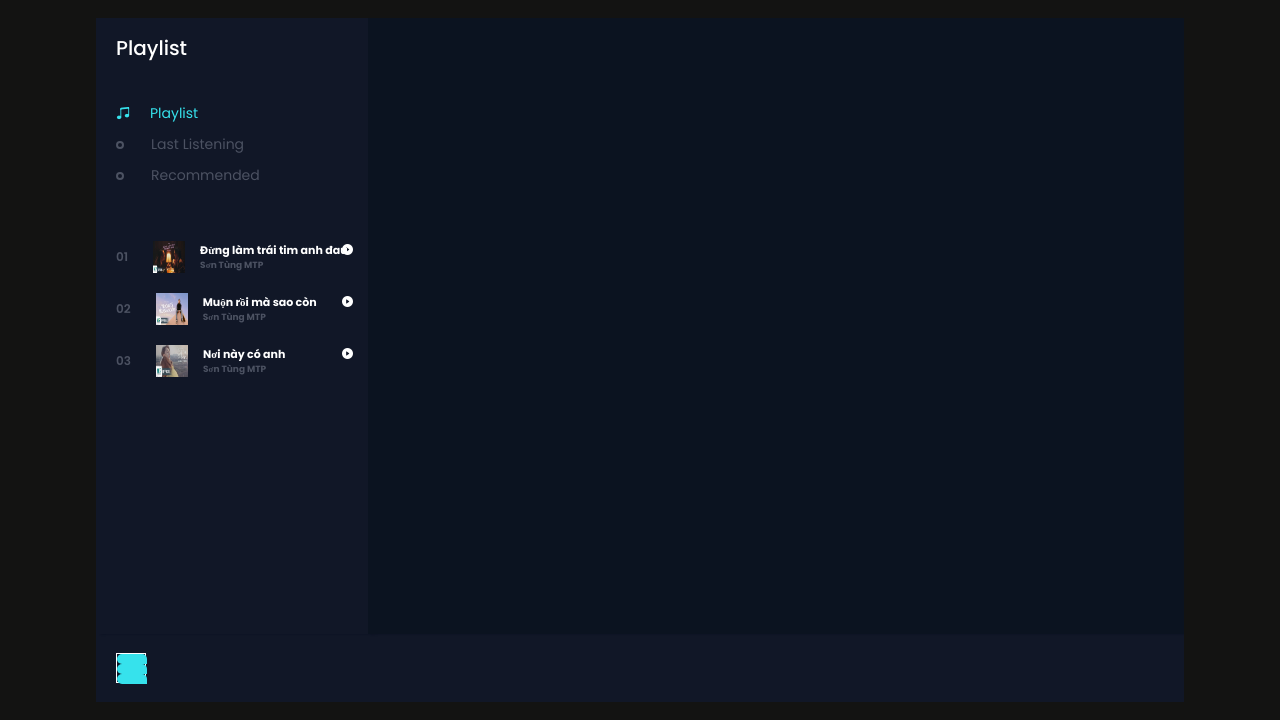
Repository: reminzuetto/Music-Website
Page: index.html
These files come from the project's save history. The page is drawn as it stood at one moment and after the next save; the edit follows.
The browser window is 1280 px wide. The pictures show the whole page.

Above is the page before, as saved 2024-06-10 23:16:35.

### index.html
<!DOCTYPE html>
<html lang="en">
  <head>
    <meta charset="UTF-8" />
    <meta name="viewport" content="width=device-width, initial-scale=1.0" />
    <link rel="stylesheet" href="./style.css" />
    <link
      rel="stylesheet"
      href="https://cdn.jsdelivr.net/npm/bootstrap-icons@1.11.3/font/bootstrap-icons.min.css"
    />
    <title>Music Website</title>
  </head>
  <body>
    <header>
      <div class="menu_side">
        <h1>Playlist</h1>
        <div class="playlist">
          <h4 class="active">
            <span></span><i class="bi bi-music-note-beamed"></i>Playlist
          </h4>
          <h4>
            <span></span><i class="bi bi-music-note-beamed"></i>Last Listening
          </h4>
          <h4>
            <span></span><i class="bi bi-music-note-beamed"></i>Recommended
          </h4>
        </div>
        <div class="menu_song">
          <li class="songItem">
            <span>01</span>
            <img
              src="./MusicThumbnail/DungLamTraiTimAnhDau.jpg"
              alt="DungLamTraiTimAnhDau"
            />
            <h5 class="subtitle">
              Đừng làm trái tim anh đau
              <div class="subtitle">Sơn Tùng MTP</div>
              <i class="bi bi-play-circle-fill"></i>
            </h5>
          </li>
          <li class="songItem">
            <span>02</span>
            <img
              src="./MusicThumbnail/MuonRoiMaSaoCon.jpg"
              alt="MuonRoiMaSaoCon"
            />
            <h5 class="subtitle">
              Muộn rồi mà sao còn
              <div class="subtitle">Sơn Tùng MTP</div>
              <i class="bi bi-play-circle-fill"></i>
            </h5>
          </li>
          <li class="songItem">
            <span>03</span>
            <img src="./MusicThumbnail/NoiNayCoAnh.jpg" alt="NoiNayCoAnh" />
            <h5 class="subtitle">
              Nơi này có anh
              <div class="subtitle">Sơn Tùng MTP</div>
              <i class="bi bi-play-circle-fill"></i>
            </h5>
          </li>
        </div>
      </div>
      <div class="song_side"></div>
      <div class="master_play">
        <div class="wave">
          <div class="wave1"></div>
          <div class="wave1"></div>
          <div class="wave1"></div>
        </div>
      </div>
    </header>
    <script src="./main.js"></script>
  </body>
</html>

### style.css
@import url("https://fonts.googleapis.com/css2?family=Poppins:ital,wght@0,100;0,200;0,300;0,400;0,500;0,600;0,700;0,800;0,900;1,100;1,200;1,300;1,400;1,500;1,600;1,700;1,800;1,900&display=swap");
* {
  padding: 0%;
  margin: 0%;
  box-sizing: border-box;
}

body {
  width: 100%;
  height: 100vh;
  background-color: #131312;
  font-family: "Poppins", "sans-serif";
  display: flex;
  align-items: center;
  justify-content: center;
}

header {
  width: 85%;
  height: 95%;
  /* border: 1px solid #fff; */
  display: flex;
  flex-wrap: wrap;
  overflow: hidden;
}

header .menu_side,
.song_side {
  position: relative;
  width: 25%;
  height: 90%;
  /* border: 1px solid #fff; */
  background-color: #111727;
  box-shadow: 5px 0px 2px #090f1f;
  color: #fff;
}

header .song_side {
  width: 75%;
  background: #0b1320;
}

header .master_play {
  width: 100%;
  height: 10%;
  background: #111727;
  box-shadow: 0px 3px 8px #090f1f;
}

header .menu_side h1 {
  font-size: 20px;
  margin: 15px 0px 0px 20px;
  font-weight: 500;
}

header .menu_side .playlist {
  margin: 40px 0px 0px 20px;
}
header .menu_side .playlist h4 {
  font-size: 14px;
  font-weight: 400;
  padding-bottom: 10px;
  color: #4c5262;
  cursor: pointer;
  display: flex;
  align-items: center;
  transition: 0.3 linear;
}

header .menu_side .playlist h4:hover {
  color: #fff;
}
header .menu_side .playlist h4 span {
  position: relative;
  margin-right: 35px;
}
header .menu_side .playlist h4 span::before {
  content: "";
  position: absolute;
  width: 4px;
  height: 4px;
  border: 2px solid #4c5262;
  border-radius: 50%;
  top: -4px;
  transition: 0.3s linear;
}

header .menu_side .playlist h4:hover span::before:hover {
  border: 2px solid #fff;
}

header .menu_side .playlist h4 .bi {
  display: none;
}

header .menu_side .playlist .active {
  color: #36e2ec;
}

header .menu_side .playlist .active span {
  display: none;
}

header .menu_side .playlist .active .bi {
  display: block;
  margin-right: 20px;
}

header .menu_side .menu_song {
  width: 100%;
  height: 320px;
  /* border: 1px solid #fff; */
  margin-top: 40px;
}
header .menu_side .menu_song li {
  position: relative;
  list-style: none;
  padding: 5px 0px 5px 20px;
  margin-bottom: 10px;
  cursor: pointer;
  transition: 0.3s linear;
  display: flex;
  align-items: center;
}
header .menu_side .menu_song li:hover {
  background: rgb(105, 105, 170, 0.1);
}
header .menu_side .menu_song li span {
  font-size: 12px;
  font-weight: 600;
  color: #4c5262;
}
header .menu_side .menu_song li img {
  width: 32px;
  height: 32px;
  margin-left: 25px;
}

header .menu_side .menu_song li h5 {
  font-size: 11px;
  margin-left: 15px;
}

header .menu_side .menu_song li h5 .subtitle {
  font-size: 9px;
  color: #4c5262;
}

header .menu_side .menu_song li .bi {
  position: absolute;
  right: 15px;
  top: 6px;
}

header .master_play {
  display: flex;
  align-items: center;
  padding: 0 20px;
}

header .master_play .wave {
  width: 30px;
  height: 30px;
  border: 1px solid #fff;
}

header .master_play .wave .wave1 {
  width: 30px;
  height: 10px;
  margin-right: 3px;
  border-radius: 10px 10px 0 10px;
  background: #36e2ec;
  animation: wave 2s linear infinite;
}

Loaded but not shown: main.js (no copy from this time; the picture is the same without it)

After the next save:
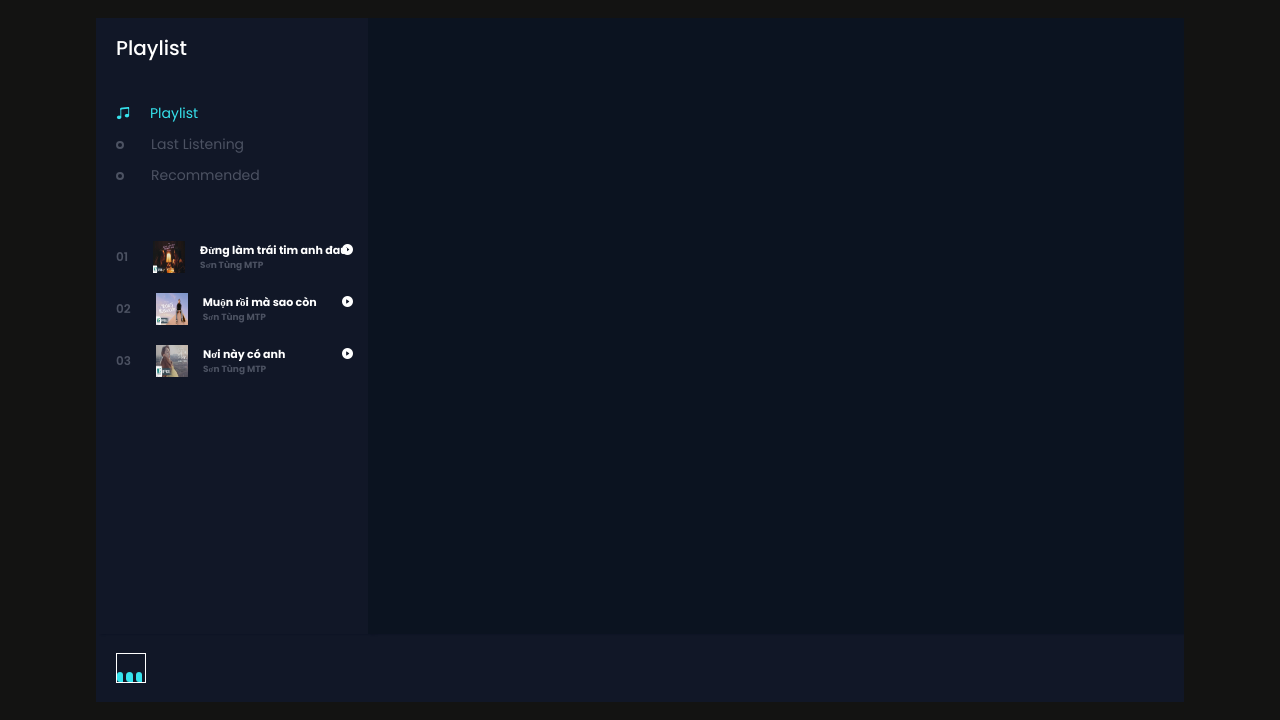
Saved 24 s later.
--- a/style.css
+++ b/style.css
@@ -162,6 +162,8 @@ header .master_play .wave {
   width: 30px;
   height: 30px;
   border: 1px solid #fff;
+  display: flex;
+  align-items: flex-end;
 }
 
 header .master_play .wave .wave1 {
